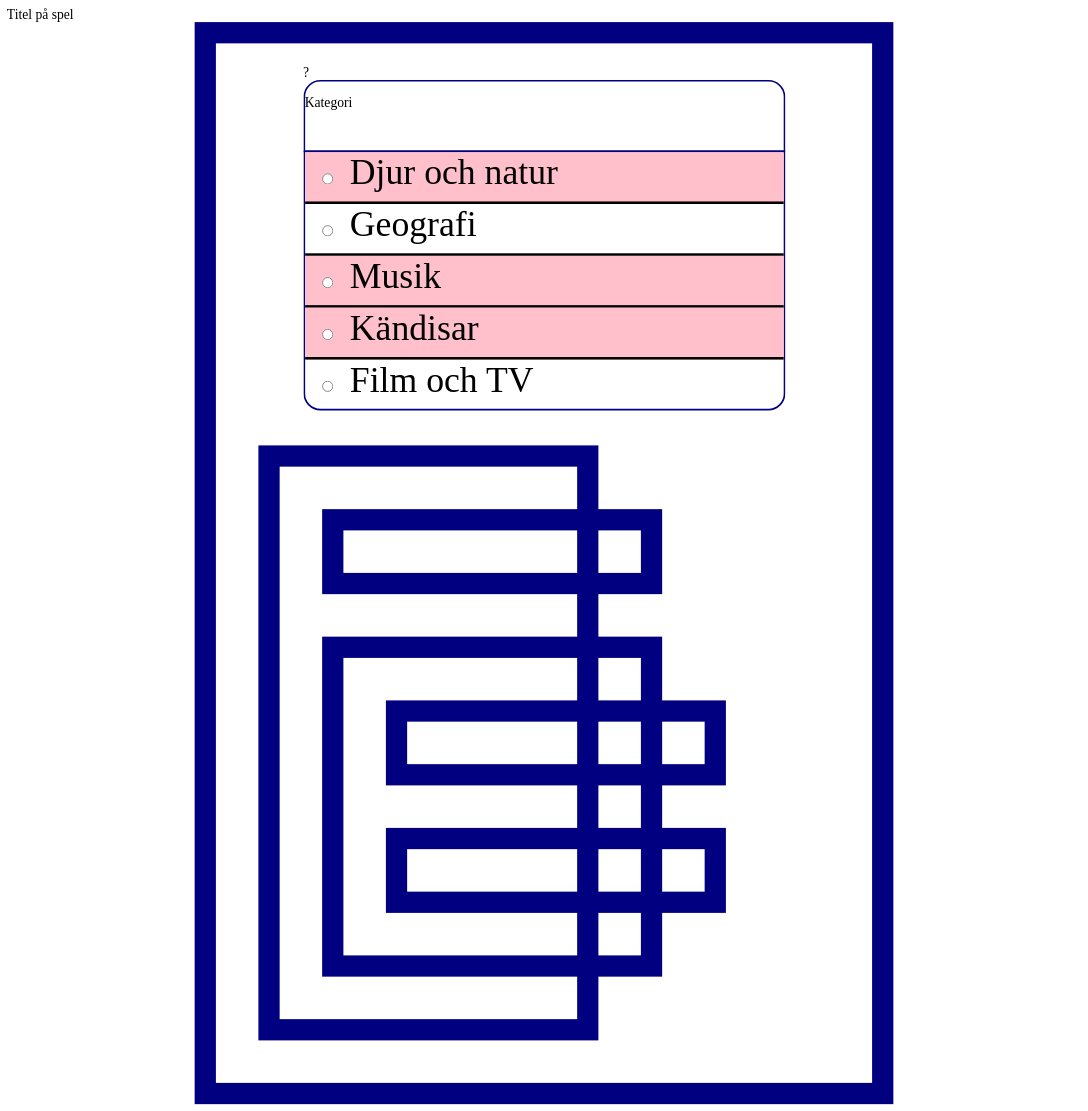
Repository: ed222gg/project2
Page: pages/start.html
The author's editor kept a record of every edit. The page is drawn from the files as they stood at one moment, then again after the next edit.
The browser window is 1280 px wide. The pictures show the whole page, at 85% of full size.

Above is the page before.

### pages/start.html
<!DOCTYPE html>
<html>

<head>
    <meta charset="utf-8" />
    <title>Index</title>
    <link rel="stylesheet" type="text/css" href="../css/style.css" />
</head>

<body>
    <header>Titel på spel</header>
    <main>
        <div id="container">
            <div id="help">?</div>
            <div id="CategoryTitle"><p>Kategori</div>
            <div id="categories">
                <ul>
                    <div id="li0"><li><input type="radio" id="c0" name="category" value="0">Djur och natur</li></div>
                    <div id="li1"><li><input type="radio" id="c1" name="category" value="1">Geografi</li></div>
                 <div id="li2">   <li><input type="radio" id="c2" name="category" value="2">Musik</li></div>
                  <div id="li3"> <li><input type="radio" id="c3" name="category" value="3">Kändisar</li></div>
                  <div id="li4">  <li><input type="radio" id="c4" name="category" value="4">Film och TV</li></div>
                </ul>




            </div>
        </div>
        <!-- <template id="tamplate"> -->
        <div id="gameLayout">
            <div id="topLayout"></div>
            <div id="bottomLayout">
                <div id="bottomLeft"></div>
            <div id="bottomRight"></div>
        </div>
        </div>
        <!-- </template> -->

    </main>
    <script src="../script/Game.js" type="text/javascript"></script>
</body>

</html>

<!-- main funktionen
   var template = document.querySelector('#template');
   var gameLayout = template.content.querySelector('#gameLayout').cloneNode(true);

   // om du vill hämta element i main funktionen
   gameLayout.questionP = gameLayout.querySelector('#question');
   gameLayout.questionP.innerHTML ='vem van vm 2011';

   // lägger ut allt
   container.appendChild(gameLayout);
   <--

### css/style.css
body{
    background: #FFFFFF;
}

main{
    /* float: right; */
  overflow: auto;
  margin: auto;
  width: 722px;
  padding: 25px;
  border: 25px solid navy;
}
header{}
input{

    margin: 20px;}

#template{ }
#gameLayout{
    float:left;
    width: 300px;
    padding: 25px;
    border: 25px solid navy;
    margin: 25px;}
#topLayout{
      float:left;
      width: 300px;
    padding: 25px;
    border: 25px solid navy;
    margin: 25px;}
#bottomLayout{   float:left;width: 300px;
    padding: 25px;
    border: 25px solid navy;
    margin: 25px;}
#bottomLeft{  float:left; width: 300px;
    padding: 25px;
    border: 25px solid navy;
    margin: 25px;}
#bottomRight{   float:left;width: 300px;
    padding: 25px;
    border: 25px solid navy;
    margin: 25px;}



#categories{  float:left;
    margin: 0px;
    padding: 0px;
    list-style-type: none;
}


#container{    overflow: auto;
  /* float: left; */
  width: 567px;
  padding: -29px;
 /* border: 8px solid navy;*/
  margin: auto;
}


#CategoryTitle{


  width: 563px;
  height: 81px;
  /* padding: 18px; */
  border: 2px solid navy;
  /* margin: 25px; */
  margin: auto;
  border-radius-top: 12px;
  border-top-left-radius: 20px;
  border-top-right-radius: 20px;

}


 ul{
  padding: 0px;
  margin-top: -2px;
  width: 563px;
  border: 2px solid navy;
  border-bottom-left-radius: 20px;
  border-bottom-right-radius: 20px;

 }
 li{  /* width: 51px; */
  font-size: 42px;
  /* font-family: serif; */
  list-style-type: none;
  /* width: 200px; */
 }

input#c:hover {
  cursor:pointer;

 }

#li0{
background-color:pink;
border-bottom-style: solid;
}
#li1{

border-bottom-style: solid;
}

#li2{
background-color:pink;
border-bottom-style: solid;
}

#li3{
background-color:pink;
border-bottom-style: solid;
}

### script/Game.js
"use strict"; //objekt.metod/egenskap(argument)

var Game= {

    pos: 0,
    categoryNr: undefined,
    test: undefined,
    testStatus: undefined,
    question: undefined,
    choice: undefined,
    choises: undefined,
    chA: undefined,
    chB: undefined,
    correct: 0,
    questionsArray: [],


    init: function() {
        var radios = document.getElementsByName('category'); // samla alla cetegoryelementen i en lista
        console.log(radios)

        for (var i = 0; i < radios.length; i++) {
            eventClick(i);
        }
        //funktionen eventclick som vi kallar på i forloopen ovan,
        //lägger en eventlistener på alla elementen i radios
        function eventClick(categoryId){
            radios[categoryId].addEventListener("click", function() {
            if (radios[categoryId].checked)
            {

                //nu har vi checkat samt vet vilket id categorin har. nu kan vi sätta rätt frågor. next step.
                //hmm hur var det jag hade tänkt nu då...
                console.log(categoryId)

            }


            });
        }



    },
};
//När sidan har laddads in så anropas init.
window.onload = Game.init;


 /* // main funktionen
   var template = document.querySelector('#template');
   var gameLayout = template.content.querySelector('#gameLayout').cloneNode(true);

   // om du vill hämta element i main funktionen
   gameLayout.questionP = gameLayout.querySelector('#question');
   gameLayout.questionP.innerHTML ='vem van vm 2011';

   // lägger ut allt
   container.appendChild(gameLayout);*/

After the next edit:
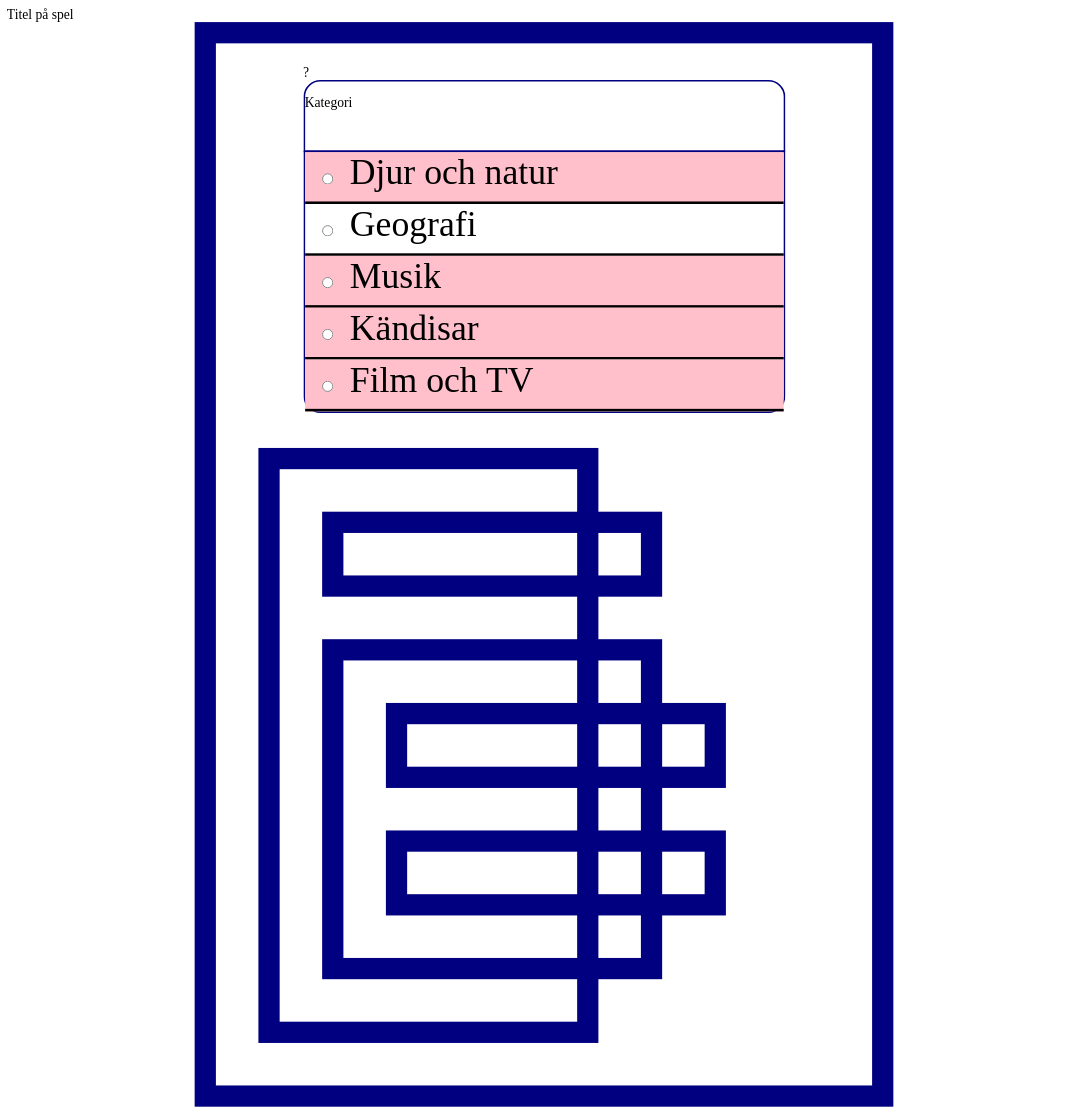
The edit:
--- a/css/style.css
+++ b/css/style.css
@@ -114,3 +114,7 @@
 background-color:pink;
 border-bottom-style: solid;
 }
+#li4{
+background-color:pink;
+border-bottom-style: solid;
+}
